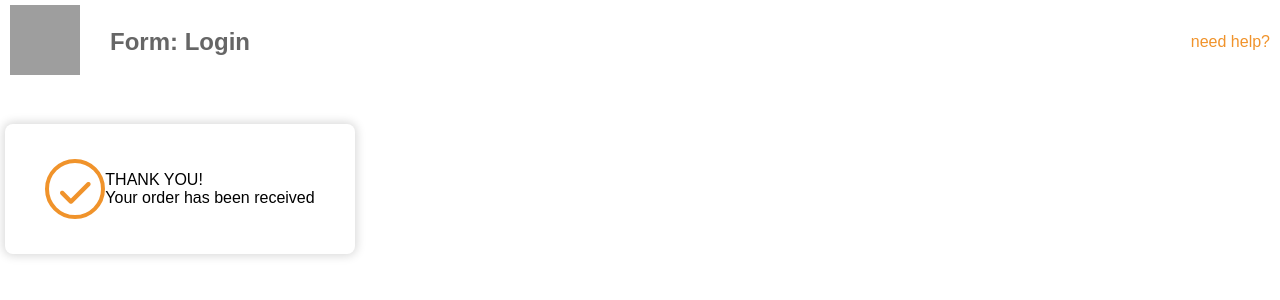
Repository: NguyenDucHung20002/project-homev1
Page: checkout/checkout.html
An editor plug-in stored every save of this project. The page is shown before and after the next save, followed by the edit.
The browser window is 1280 px wide. The pictures show the whole page.
Pictures or frames that could not be fetched are drawn as grey boxes. The style sheet was rebuilt from its Sass, Less or Tailwind sources for each picture, by a compiler version that may differ from the author's.

Above is the page before, as saved 2022-09-20 09:24:41.

After the next save:
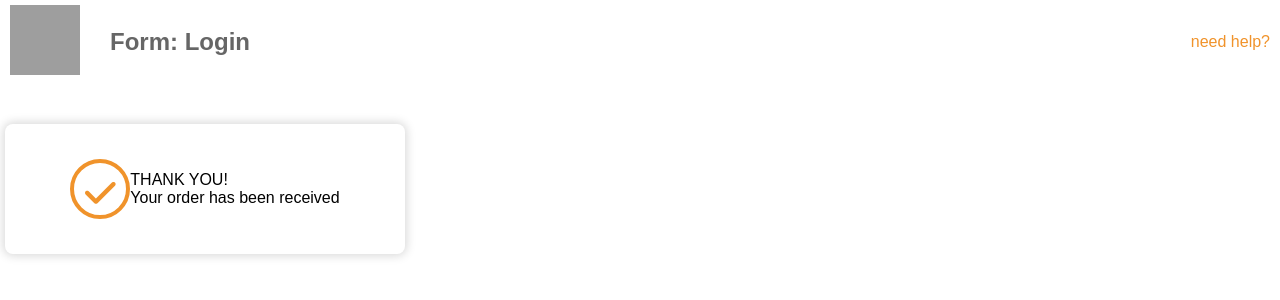
Saved 8 s later.
--- a/checkout/checkout.scss
+++ b/checkout/checkout.scss
@@ -53,7 +53,7 @@ header {
       display: flex;
       align-items: center;
       justify-content: center;
-      width: 350px;
+      width: 400px;
       height: 130px;
       border-radius: 8px;
       box-shadow: 0px 0px 10px 2px rgba(0, 0, 0, 0.15);
